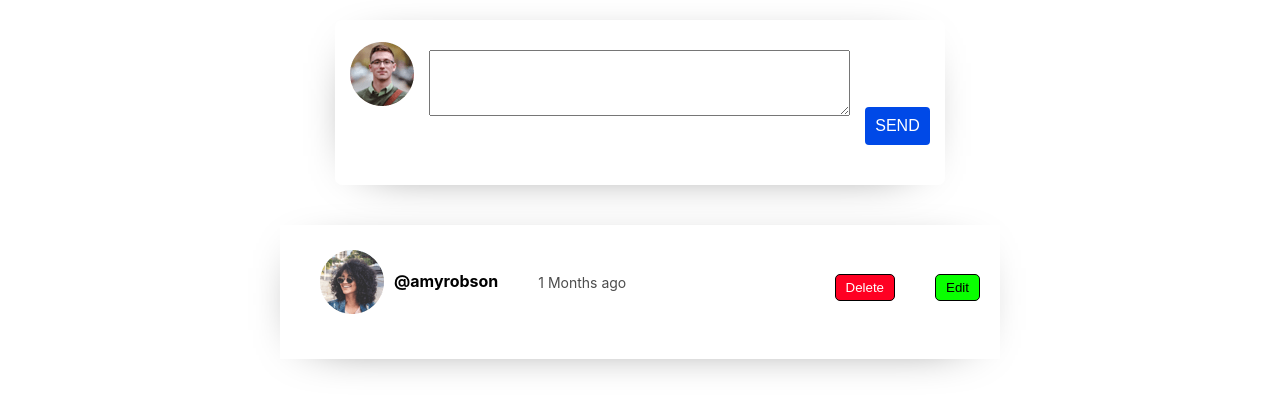
Repository: badhon252/interactive-comments-section
Page: /
These files come from the project's save history. The page is drawn as it stood at one moment and after the next save; the edit follows.
The browser window is 1280 px wide. The pictures show the whole page.
The project was rebuilt for these pictures with package versions that can differ from the ones it lists, and the page was loaded fresh each time.

Above is the page before, as saved 2022-01-28 00:15:23.

### public/index.html
<!DOCTYPE html>
<html lang="en">

<head>
  <meta charset="utf-8" />
  <link rel="icon" href="%PUBLIC_URL%/favicon.ico" />
  <meta name="viewport" content="width=device-width, initial-scale=1" />
  <meta name="theme-color" content="#000000" />
  <meta name="description" content="Web site created using create-react-app" />
  <link rel="apple-touch-icon" href="%PUBLIC_URL%/logo192.png" />

  <link rel="manifest" href="%PUBLIC_URL%/manifest.json" />

  <title>interactive-comments-section</title>
</head>

<body>
  <noscript>You need to enable JavaScript to run this app.</noscript>
  <div id="root"></div>

</body>

</html>

### src/App.js
import WriteComments from "./components/WriteComments";
// import WriteComments from "./components/WriteComments";

function App() {
  return (
    <div className="App">
      <WriteComments />
    </div>
  );
}

export default App;

### src/components/WriteComments.js
import React, { useState } from "react";
import "../App.css";
import Avatar from "../images/avatars/image-juliusomo.png";
import avatar from "../images/avatars/image-amyrobson.png";
// import Comments from "./Comments";

export default function WriteComments() {
  const [input, setInput] = useState("");
  const [comment, setComment] = useState([]);

  const handleSubmit = (e) => {
    e.preventDefault();
    setComment((e) => {
      return [...e, input];
    });
  };
  const key = new Date().getTime.toString();
  const handleDelete = () => {};
  const handleEdit = () => {};

  return (
    <div className="main-div">
      <div className="comment-input ">
        <form
          action=""
          className="comment-section shadow"
          onSubmit={handleSubmit}
        >
          <img src={Avatar} alt="images" className="my-img" />
          <textarea
            name=""
            id=""
            rows="4"
            cols="50"
            value={input}
            onChange={(e) => setInput(e.target.value)}
          />
          <button className="submit-btn">SEND</button>
        </form>{" "}
      </div>

      {/* comments===== start========== */}
      <div className="comments shadow">
        <div className="profile-info">
          <img src={avatar} alt="" className="random-img" />
          <h4 className="name">@amyrobson</h4>
          <span className="time"> 1 Months ago</span>
          <div className="btn">
            <button className="delete" onClick={handleDelete}>
              Delete
            </button>
            <button className="edit" onClick={handleEdit}>
              Edit
            </button>
          </div>
        </div>

        <div className="profile-info">
          {comment.map((value) => {
            return (
              <div key={key}>
                <img src={avatar} alt="" className="random-img" />
                <h4 className="name">@amyrobson</h4>
                <span className="time"> 1 Months ago</span>
                <div className="btn">
                  <button className="delete" onClick={handleDelete}>
                    Delete
                  </button>
                  <button className="edit" onClick={handleEdit}>
                    Edit
                  </button>
                </div>
                <li className="single-comment">
                  {" "}
                  Lorem, ipsum dolor sit amet consectetur adipisicing elit.
                  Amet, sunt laboriosam placeat nisi magnam consequatur culpa
                  vero iusto praesentium repudiandae totam, ipsum, et quisquam.
                  Cum, laboriosam? Repellat explicabo obcaecati distinctio!
                </li>
              </div>
            );
          })}
        </div>
      </div>
      {/* comments ends ========= */}
    </div>
  );
}

### src/App.css
.main-div {
  /* width: 40rem; */
  /* margin: auto; */
}
.comment-input {
  display: flex;
  justify-content: center;
}
.comment-section {
  padding: 15px;
  margin: 20px;
  border-radius: 7px;
}

.submit-btn {
  background-color: rgb(0, 73, 231);
  color: white;
  border: none;
  border-radius: 4px;
  font-size: 1rem;
  padding: 10px;
  margin-bottom: 25px;
  cursor: pointer;
  /* align-items: flex-start; */
}

.my-img {
  max-width: 80%;
  margin-bottom: 25px;
}
textarea {
  margin: 15px;
}

.shadow {
  box-shadow: -3px 7px 54px -36px rgba(0, 0, 0, 1);
  -webkit-box-shadow: -3px 7px 54px -36px rgba(0, 0, 0, 1);
  -moz-box-shadow: -3px 7px 54px -36px rgba(0, 0, 0, 1);
}

/* single comment section ==== */
.comments {
  margin: 20px auto;
  width: 45rem;
  text-align: justify;
}
.profile-info {
  display: flex;
  /* justify-content: left; */
  padding: 25px 0 10px 40px;
}
.random-img {
  max-width: 80%;
}
.name {
  padding: 0 10px;
}
.single-comment {
  width: 40rem;
  padding: 0 15px 20px 15px;
  margin: 20px;
}

.time {
  font-size: 14px;
  opacity: 70%;
  padding-top: 24px;
  padding-left: 30px;
}
.btn {
  /* text-align: center; */
  text-align: right;
  padding-top: 24px;
  padding-left: 30px;
  margin-left: auto;
}
.edit {
  background-color: rgb(9, 255, 0);
  border: 1px solid black;
  padding: 5px 10px;
  border-radius: 5px;
  margin: 0 20px;
  cursor: pointer;
}

.delete {
  background-color: rgb(255, 0, 34);
  border: 1px solid black;
  color: #fff;
  padding: 5px 10px;
  border-radius: 5px;
  margin: 0 20px;
  cursor: pointer;
}

Loaded but not shown: src/index.js (common file); src/index.css (common file); src/reportWebVitals.js (common file)

After the next save:
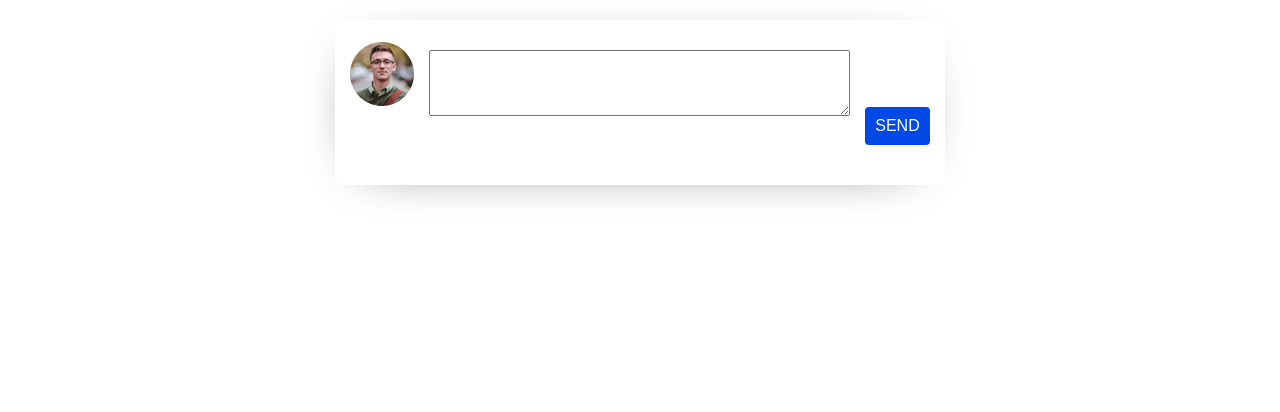
Saved 115 s later.
--- a/src/components/WriteComments.js
+++ b/src/components/WriteComments.js
@@ -42,20 +42,6 @@ export default function WriteComments() {
       {/* comments===== start========== */}
       <div className="comments shadow">
         <div className="profile-info">
-          <img src={avatar} alt="" className="random-img" />
-          <h4 className="name">@amyrobson</h4>
-          <span className="time"> 1 Months ago</span>
-          <div className="btn">
-            <button className="delete" onClick={handleDelete}>
-              Delete
-            </button>
-            <button className="edit" onClick={handleEdit}>
-              Edit
-            </button>
-          </div>
-        </div>
-
-        <div className="profile-info">
           {comment.map((value) => {
             return (
               <div key={key}>
